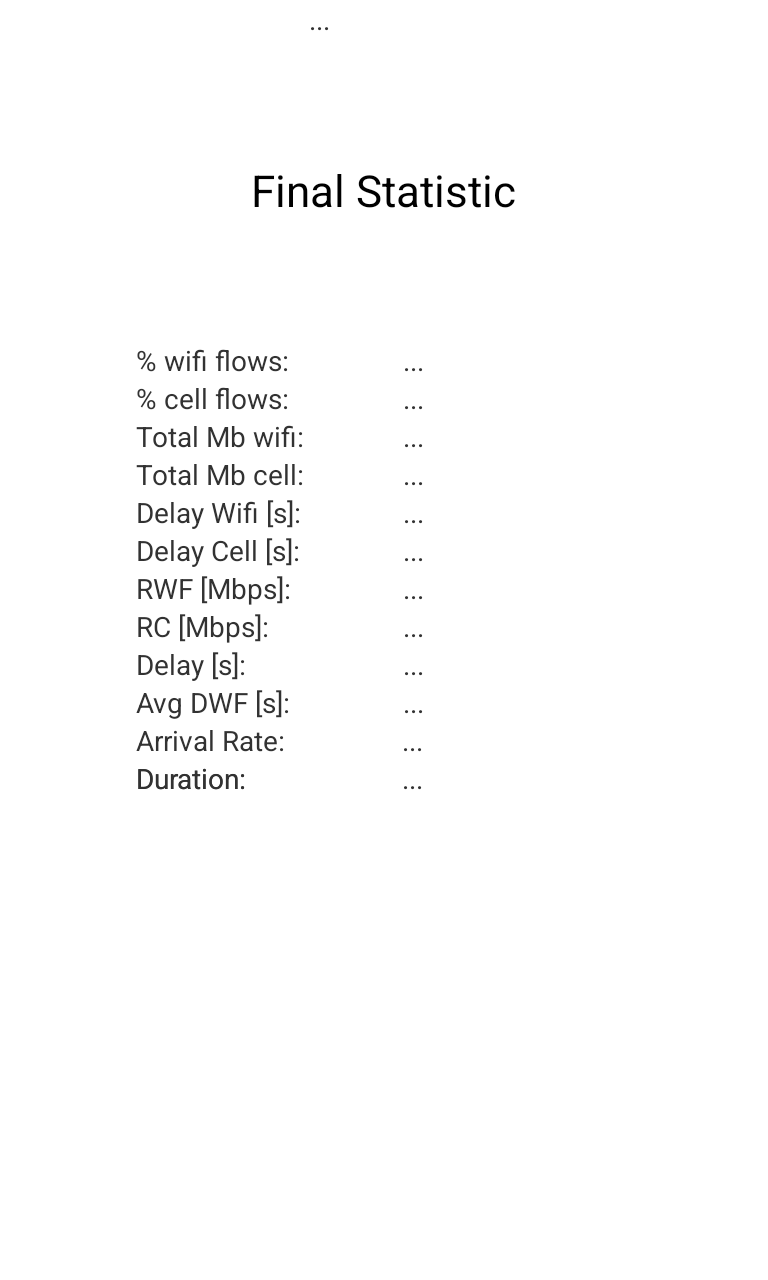
Repository: nncsang/Java-DynamicOffloading
Layout: Wifi3GProject/Wifi3GProject/res/layout/final_stat.xml
These files come from the project's save history. The layout is drawn as it stood at one moment and after the next save; the edit follows.
It is drawn on a 768 x 1280 px phone screen (xhdpi) without system bars, with theme AppTheme; the app's code is not run.

Above is the layout before, as saved 2016-01-13 10:25:39.

### Wifi3GProject/Wifi3GProject/res/layout/final_stat.xml
<?xml version="1.0" encoding="utf-8"?>
<RelativeLayout xmlns:android="http://schemas.android.com/apk/res/android"
    android:layout_width="match_parent"
    android:layout_height="match_parent"
    android:orientation="vertical" >

    <TextView
        android:id="@+id/WF"
        android:layout_width="wrap_content"
        android:layout_height="wrap_content"
        android:layout_alignBaseline="@+id/WFView"
        android:layout_alignBottom="@+id/WFView"
        android:layout_alignRight="@+id/textView1"
        android:layout_toRightOf="@+id/TotWifiView"
        android:gravity="center"
        android:text="..." />

    <TextView
        android:id="@+id/CF"
        android:layout_width="wrap_content"
        android:layout_height="wrap_content"
        android:layout_above="@+id/TotWifiView"
        android:layout_alignRight="@+id/WF"
        android:layout_toRightOf="@+id/TotWifiView"
        android:gravity="center"
        android:text="..." />

    <TextView
        android:id="@+id/TotWifi"
        android:layout_width="wrap_content"
        android:layout_height="wrap_content"
        android:layout_alignBottom="@+id/TotWifiView"
        android:layout_alignLeft="@+id/CF"
        android:layout_alignRight="@+id/CF"
        android:gravity="center"
        android:text="..." />

    <TextView
        android:id="@+id/TotCell"
        android:layout_width="wrap_content"
        android:layout_height="wrap_content"
        android:layout_alignBottom="@+id/TotCellView"
        android:layout_alignLeft="@+id/TotWifi"
        android:layout_alignRight="@+id/TotWifi"
        android:gravity="center"
        android:text="..."  />

    <TextView
        android:id="@+id/DelayWifi"
        android:layout_width="wrap_content"
        android:layout_height="wrap_content"
        android:layout_alignBottom="@+id/DelayWifiView"
        android:layout_alignLeft="@+id/TotCell"
        android:layout_alignRight="@+id/TotCell"
        android:gravity="center"
        android:text="..."  />

    <TextView
        android:id="@+id/DelayCell"
        android:layout_width="wrap_content"
        android:layout_height="wrap_content"
        android:layout_alignBottom="@+id/DelayCellView"
        android:layout_alignLeft="@+id/DelayWifi"
        android:layout_alignRight="@+id/DelayWifi"
        android:gravity="center"
        android:text="..."  />

    <TextView
        android:id="@+id/RateWifi"
        android:layout_width="wrap_content"
        android:layout_height="wrap_content"
        android:layout_alignBottom="@+id/RateWifiView"
        android:layout_alignRight="@+id/DelayT"
        android:layout_toRightOf="@+id/RateWifiView"
        android:gravity="center"
        android:text="..." />

    <TextView
        android:id="@+id/RateCell"
        android:layout_width="wrap_content"
        android:layout_height="wrap_content"
        android:layout_alignBottom="@+id/RateCellView"
        android:layout_alignLeft="@+id/RateWifi"
        android:layout_alignRight="@+id/DelayT"
        android:gravity="center"
        android:text="..." />

    <TextView
        android:id="@+id/CFView"
        android:layout_width="wrap_content"
        android:layout_height="wrap_content"
        android:layout_alignLeft="@+id/WFView"
        android:layout_alignRight="@+id/WFView"
        android:layout_below="@+id/WFView"
        android:text="% cell flows: " />

    <TextView
        android:id="@+id/TotWifiView"
        android:layout_width="wrap_content"
        android:layout_height="wrap_content"
        android:layout_alignLeft="@+id/CFView"
        android:layout_below="@+id/CFView"
        android:text="Total Mb wifi: " />

    <TextView
        android:id="@+id/TotCellView"
        android:layout_width="wrap_content"
        android:layout_height="wrap_content"
        android:layout_alignLeft="@+id/TotWifiView"
        android:layout_below="@+id/TotWifiView"
        android:text="Total Mb cell: " />

    <TextView
        android:id="@+id/DelayWifiView"
        android:layout_width="wrap_content"
        android:layout_height="wrap_content"
        android:layout_alignLeft="@+id/TotCellView"
        android:layout_below="@+id/TotCell"
        android:layout_toLeftOf="@+id/TotCell"
        android:text="Delay Wifi [s]:" />

    <TextView
        android:id="@+id/DelayCellView"
        android:layout_width="wrap_content"
        android:layout_height="wrap_content"
        android:layout_alignLeft="@+id/DelayWifiView"
        android:layout_below="@+id/DelayWifi"
        android:layout_toLeftOf="@+id/DelayCell"
        android:text="Delay Cell [s]:" />

    <TextView
        android:id="@+id/RateWifiView"
        android:layout_width="wrap_content"
        android:layout_height="wrap_content"
        android:layout_alignLeft="@+id/DelayCellView"
        android:layout_below="@+id/DelayCell"
        android:layout_toLeftOf="@+id/DelayCell"
        android:text="RWF [Mbps]:" />

    <TextView
        android:id="@+id/RateCellView"
        android:layout_width="wrap_content"
        android:layout_height="wrap_content"
        android:layout_alignLeft="@+id/RateWifiView"
        android:layout_below="@+id/RateWifiView"
        android:text="RC [Mbps]:" />

    <TextView
        android:id="@+id/DelayTView"
        android:layout_width="wrap_content"
        android:layout_height="wrap_content"
        android:layout_alignLeft="@+id/RateCellView"
        android:layout_below="@+id/RateCellView"
        android:text="Delay [s]:" />

    <TextView
        android:id="@+id/DelayT"
        android:layout_width="wrap_content"
        android:layout_height="wrap_content"
        android:layout_alignBaseline="@+id/DelayTView"
        android:layout_alignBottom="@+id/DelayTView"
        android:layout_alignRight="@+id/textView1"
        android:layout_toRightOf="@+id/RateWifiView"
        android:gravity="center"
        android:text="..." />

    <TextView
        android:id="@+id/textView1"
        android:layout_width="wrap_content"
        android:layout_height="wrap_content"
        android:layout_alignParentTop="true"
        android:layout_centerHorizontal="true"
        android:layout_marginTop="80dp"
        android:text="Final Statistic"
        android:textAppearance="?android:attr/textAppearanceLarge" />

    <TextView
        android:id="@+id/WFView"
        android:layout_width="wrap_content"
        android:layout_height="wrap_content"
        android:layout_alignParentLeft="true"
        android:layout_below="@+id/textView1"
        android:layout_marginLeft="68dp"
        android:layout_marginTop="61dp"
        android:text="% wifi flows:" />

    <TextView
        android:id="@+id/TextView01"
        android:layout_width="wrap_content"
        android:layout_height="wrap_content"
        android:layout_alignLeft="@+id/DelayTView"
        android:layout_below="@+id/DelayTView"
        android:text="Avg DWF [s]:" />

    <TextView
        android:id="@+id/avgDWF"
        android:layout_width="wrap_content"
        android:layout_height="wrap_content"
        android:layout_alignRight="@+id/DelayT"
        android:layout_below="@+id/DelayT"
        android:layout_toRightOf="@+id/TotCellView"
        android:gravity="center"
        android:text="..." />

    <TextView
        android:id="@+id/lamda"
        android:layout_width="wrap_content"
        android:layout_height="wrap_content"
        android:layout_below="@+id/TextView01"
        android:layout_marginLeft="68dp"
        android:gravity="center"
        android:text="Arrival Rate:" />

     <TextView
        android:id="@+id/lamda_value"
        android:layout_width="wrap_content"
        android:layout_height="wrap_content"
        android:layout_alignRight="@+id/avgDWF"
        android:layout_below="@+id/avgDWF"
        android:layout_toRightOf="@+id/lamda"
        android:layout_marginLeft="12dp"
        android:gravity="center"
        android:text="..." />

     <TextView
        android:id="@+id/duration"
        android:layout_width="wrap_content"
        android:layout_height="wrap_content"
        android:layout_below="@+id/lamda"
        android:layout_marginLeft="68dp"
        android:gravity="center"
        android:text="Duration:" />

     <TextView
        android:id="@+id/duration_value"
        android:layout_width="wrap_content"
        android:layout_height="wrap_content"
        android:layout_alignRight="@+id/lamda_value"
        android:layout_below="@+id/lamda_value"
        android:layout_toRightOf="@+id/duration"
        android:layout_marginLeft="31dp"
        android:gravity="center"
        android:text="..." />

     <TextView
        android:id="@+id/task_comming"
        android:layout_width="wrap_content"
        android:layout_height="wrap_content"
        android:layout_below="@+id/lamda"
        android:layout_marginLeft="68dp"
        android:gravity="center"
        android:text="Duration:" />

     <TextView
        android:id="@+id/duration_value"
        android:layout_width="wrap_content"
        android:layout_height="wrap_content"
        android:layout_alignRight="@+id/duration_value"
        android:layout_below="@+id/duration_value"
        android:layout_toRightOf="@+id/task_comming"
        android:layout_marginLeft="31dp"
        android:gravity="center"
        android:text="..." />

</RelativeLayout>

### Wifi3GProject/Wifi3GProject/res/values/styles.xml
<resources xmlns:android="http://schemas.android.com/apk/res/android">

    <!--
        Base application theme, dependent on API level. This theme is replaced
        by AppBaseTheme from res/values-vXX/styles.xml on newer devices.
    -->
    <style name="AppBaseTheme" parent="android:Theme.Light">
        <!--
            Theme customizations available in newer API levels can go in
            res/values-vXX/styles.xml, while customizations related to
            backward-compatibility can go here.
        -->
    </style>

    <!-- Application theme. -->
    <style name="AppTheme" parent="AppBaseTheme">
        <!-- All customizations that are NOT specific to a particular API-level can go here. -->
    </style>



    <style name="btnStyle" parent="@android:style/Widget.Button">
       <item name="android:textSize">15sp</item>
       <item name="android:textStyle">bold</item>
       <item name="android:textColor">#FFFFFF</item>
       <item name="android:gravity">center</item>
       <item name="android:shadowColor">#000000</item>
       <item name="android:shadowDx">1</item>
       <item name="android:shadowDy">1</item>
       <item name="android:shadowRadius">0.6</item>
       <item name="android:background">@drawable/custom_btn</item>
       <item name="android:padding">10dip</item>
   </style>

    <style name="customtheme" parent="@android:style/Theme.Light">
        <item name="android:spinnerItemStyle">@style/SpinnerItem</item>
        <item name="android:spinnerDropDownItemStyle">@style/SpinnerDropDownItem</item>
    </style>
    <style name="SpinnerItem">
        <item name="android:textColor">#FFFFFF</item>
        <item name="android:background">@drawable/custom_btn</item>
    </style>
    <style name="SpinnerDropDownItem">
        <item name="android:textColor">#FFFFFF</item>
        <item name="android:background">@drawable/custom_btn</item>
    </style>


</resources>

Loaded but not shown: Wifi3GProject/Wifi3GProject/res/values-v11/styles.xml (common file); Wifi3GProject/Wifi3GProject/res/values-v14/styles.xml (common file)

After the next save:
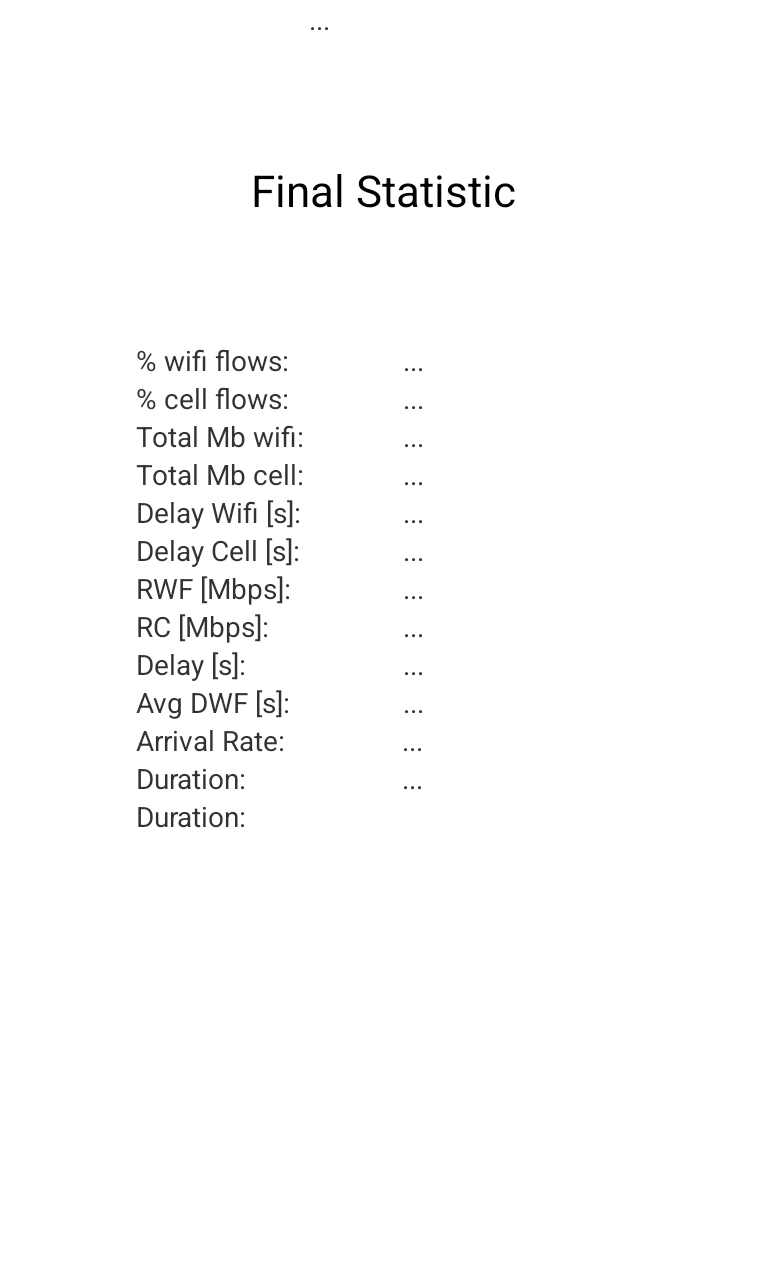
Saved 54 s later.
--- a/Wifi3GProject/Wifi3GProject/res/layout/final_stat.xml
+++ b/Wifi3GProject/Wifi3GProject/res/layout/final_stat.xml
@@ -246,7 +246,7 @@
         android:id="@+id/task_comming"
         android:layout_width="wrap_content"
         android:layout_height="wrap_content"
-        android:layout_below="@+id/lamda"
+        android:layout_below="@+id/duration"
         android:layout_marginLeft="68dp"
         android:gravity="center"
         android:text="Duration:" />
